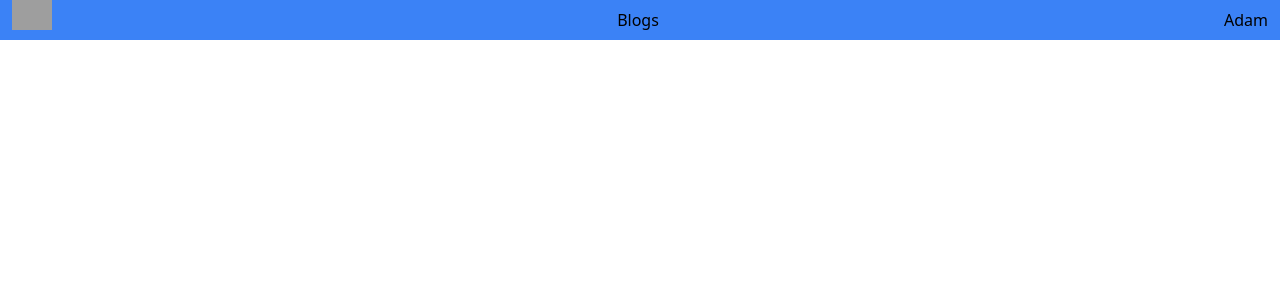
Repository: Lan-au-75/zv-app
Page: /
The author's editor kept a copy of each file at every save. The page is drawn from the files as they stood at one save, then again after the next save.
The browser window is 1280 px wide. The pictures show the whole page.
Pictures or frames that could not be fetched are drawn as grey boxes. The project was rebuilt for these pictures with package versions that can differ from the ones it lists, and the page was loaded fresh each time. Also part of the build but not shown: vite.config.js.

Above is the page before, as saved 2023-12-13 10:46:36.

After the next save:
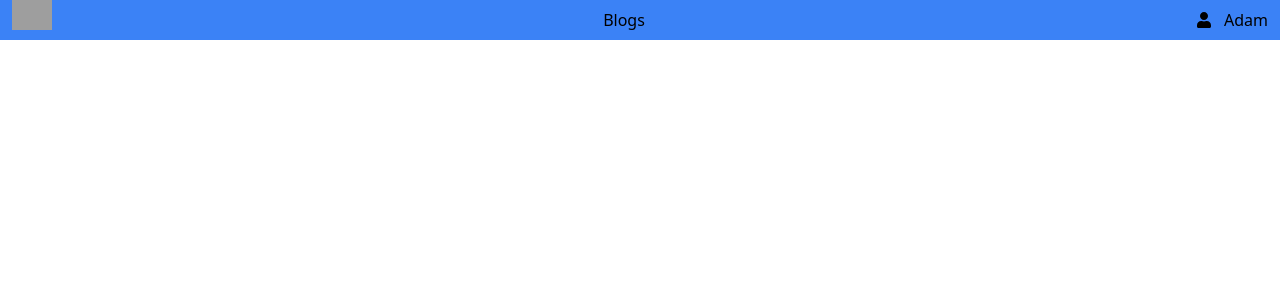
Saved 70 s later.
--- a/src/App.jsx
+++ b/src/App.jsx
@@ -1,3 +1,4 @@
+import { FaUser } from 'react-icons/fa'
 export default function App() {
     return (
         <header className='bg-blue-500'>
@@ -9,7 +10,8 @@
                     />
                 </div>
                 <div>Blogs</div>
-                <div>
+                <div className='flex gap-3 items-center'>
+                    <FaUser />
                     <div>Adam</div>
                 </div>
             </div>
